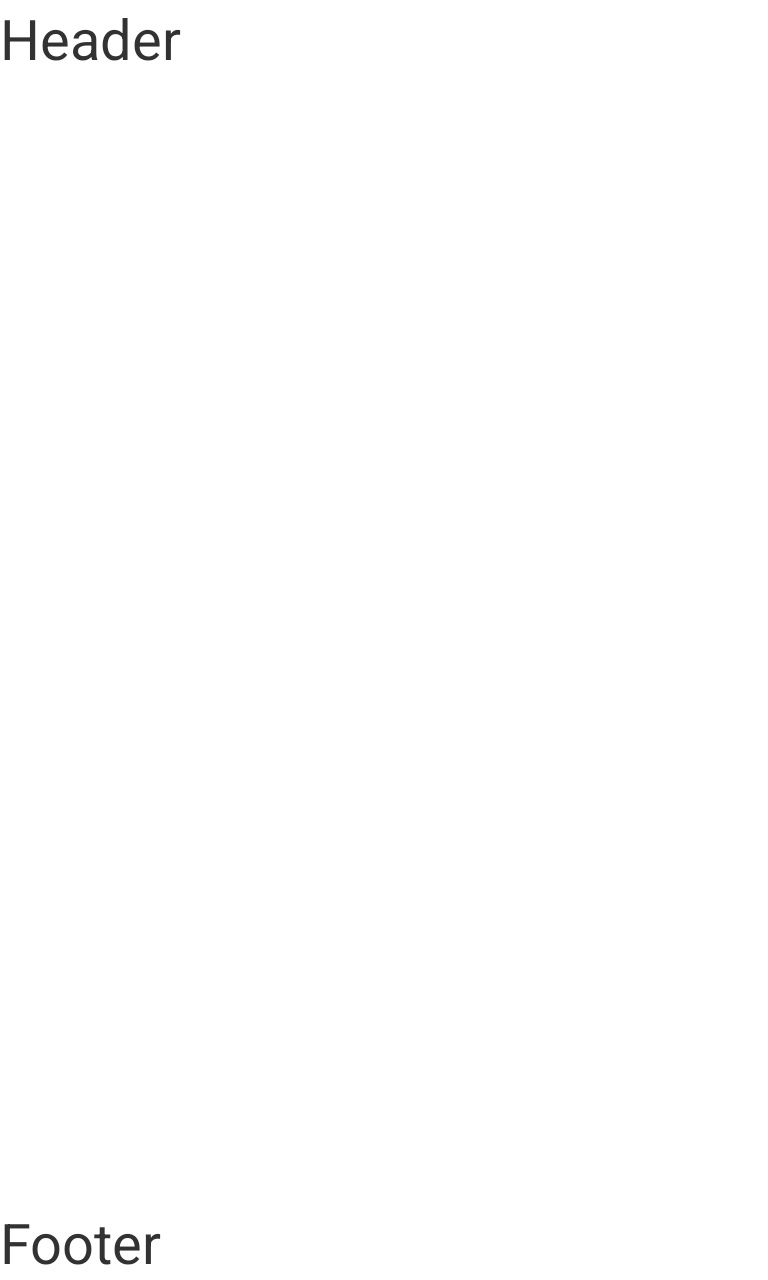
Repository: treizeor/android-examples
Layout: Ch003ListActivity/res/layout/activity_main.xml
An editor plug-in stored every save of this project. The layout is shown before and after the next save, followed by the edit.
It is drawn on a 768 x 1280 px phone screen (xhdpi) without system bars, with theme AppTheme; the app's code is not run. Lists and similar views that code fills are empty.

Above is the layout before, as saved 2014-06-01 03:57:38.

### Ch003ListActivity/res/layout/activity_main.xml
<LinearLayout xmlns:android="http://schemas.android.com/apk/res/android"
    android:layout_width="match_parent"
    android:layout_height="match_parent"
    android:orientation="vertical" >

    <TextView
        android:layout_width="match_parent"
        android:layout_height="wrap_content"
        android:text="Header"
        android:textSize="28sp" />

    <ListView
        android:id="@android:id/list"
        android:layout_width="match_parent"
        android:layout_height="match_parent"
        android:layout_weight="1"
        android:footerDividersEnabled="true"
        android:headerDividersEnabled="true" >
    </ListView>

    <TextView
        android:layout_width="match_parent"
        android:layout_height="wrap_content"
        android:text="Footer"
        android:textSize="28sp" />

</LinearLayout>

Loaded but not shown: Ch003ListActivity/res/values/styles.xml (common file); Ch003ListActivity/res/values-v11/styles.xml (common file); Ch003ListActivity/res/values-v14/styles.xml (common file)

After the next save:
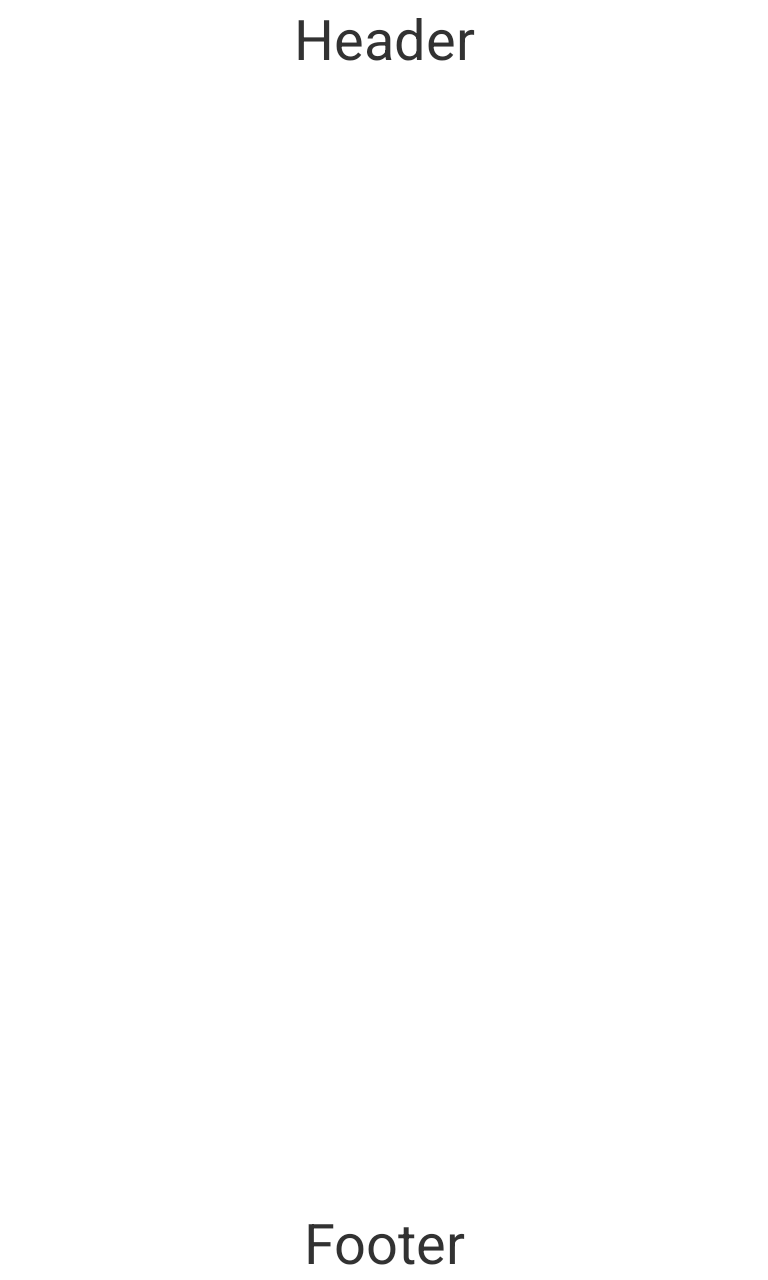
Saved 30 s later.
--- a/Ch003ListActivity/res/layout/activity_main.xml
+++ b/Ch003ListActivity/res/layout/activity_main.xml
@@ -6,6 +6,7 @@
     <TextView
         android:layout_width="match_parent"
         android:layout_height="wrap_content"
+        android:gravity="center_horizontal"
         android:text="Header"
         android:textSize="28sp" />
 
@@ -21,6 +22,7 @@
     <TextView
         android:layout_width="match_parent"
         android:layout_height="wrap_content"
+        android:gravity="center_horizontal"
         android:text="Footer"
         android:textSize="28sp" />
 
